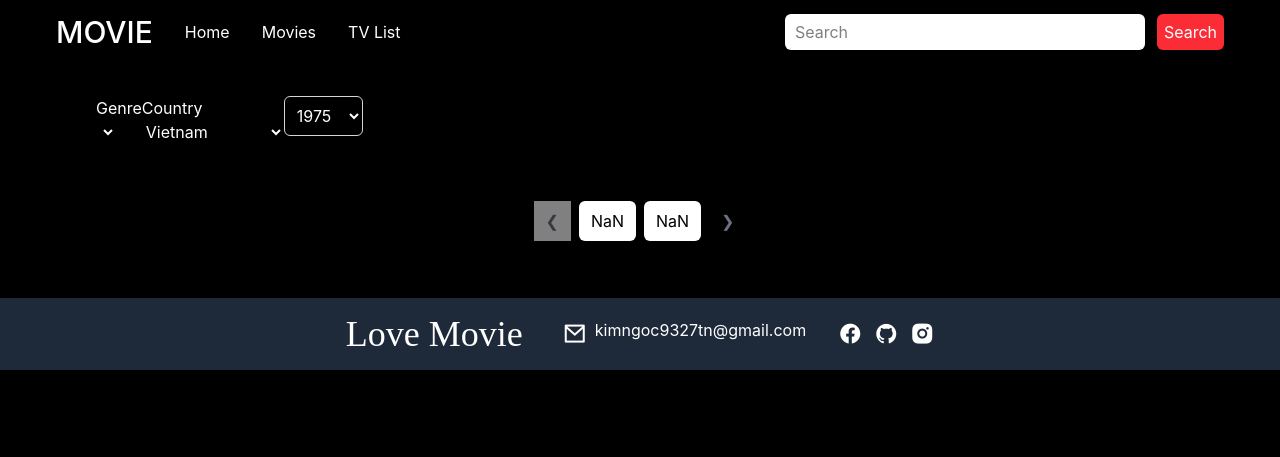
Repository: kimngoc9327/Love_Movie_Project
Page: /search
The author's editor kept a copy of each file at every save. The page is drawn from the files as they stood at one save, then again after the next save.
The browser window is 1280 px wide. The pictures show the whole page.
The page's requests for data from a server got no answer. The project was rebuilt for these pictures with package versions that can differ from the ones it lists, and the page was loaded fresh each time. No one was signed in, and anything a server would have sent is missing. Also part of the build but not shown: vite.config.js, src/components/ui/VoteAverage.jsx, src/components/ui/MovieCard.jsx, src/components/ui/MovieList.jsx, src/components/ui/Banner.jsx, src/pages/Home.jsx, src/pages/MovieCategory.jsx, src/components/ui/PlayTrailerButton.jsx and 6 more.

Above is the page before, as saved 2025-03-29 18:02:55.

After the next save:
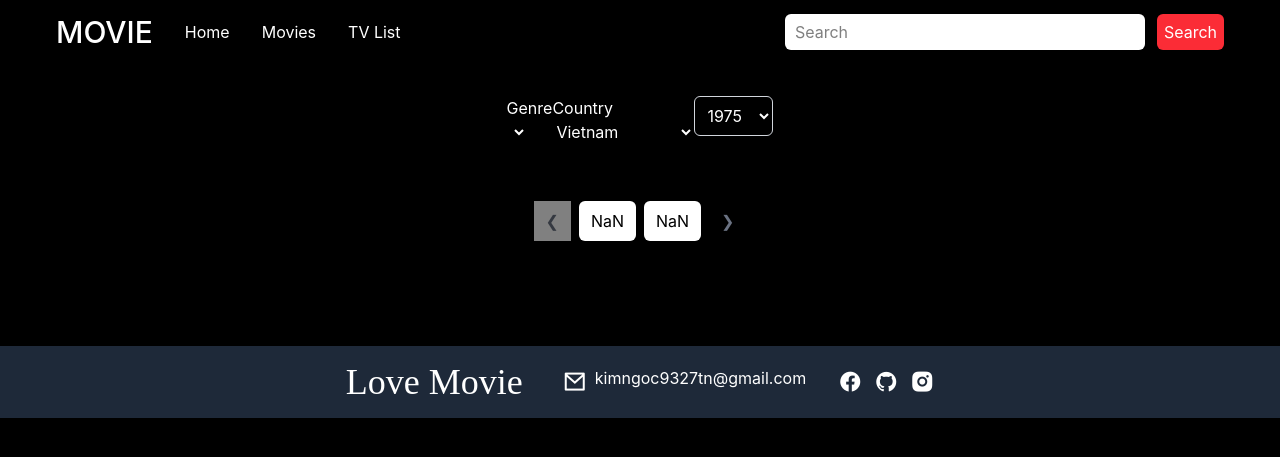
Saved 50 s later.
--- a/src/pages/SearchMovie.jsx
+++ b/src/pages/SearchMovie.jsx
@@ -38,10 +38,10 @@ function SearchMovie() {
   };
 
   return (
-    <div className="flex flex-col items-center">
-      <div className="grid grid-cols-4 gap-8 m-24 mb-12">
-        <MovieFilterBar />
+    <div className="flex flex-col items-center  m-24 ">
+      <MovieFilterBar />
 
+      <div className="grid grid-cols-4 gap-8 mb-12">
         {movies?.results
           ?.filter((movie) => movie.title && movie.poster_path)
           .map((movie) => (
